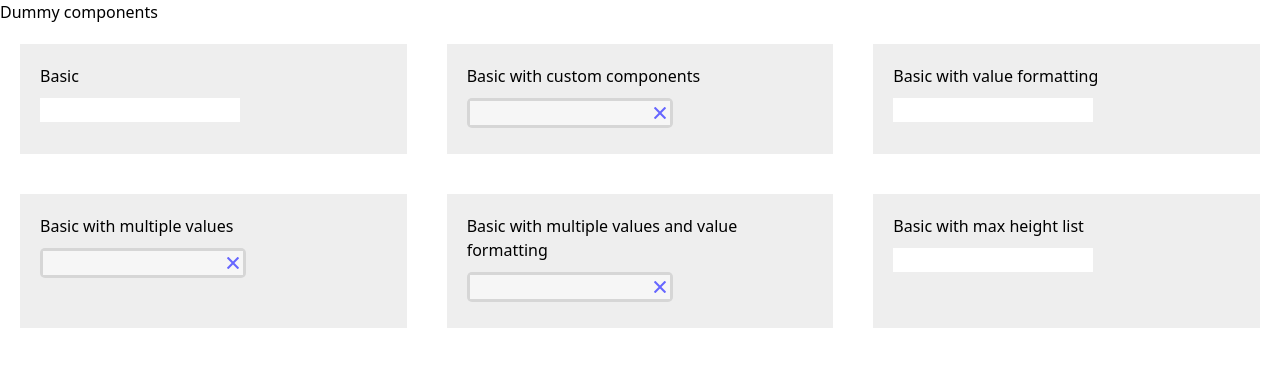
Repository: Frexity/frx-react
Page: / (app in ui/react-select/)
These files come from the project's save history. The page is drawn as it stood at one moment and after the next save; the edit follows.
The browser window is 1280 px wide. The pictures show the whole page.
Some web libraries are served in a nearby version. The project was rebuilt for these pictures with package versions that can differ from the ones it lists, and the page was loaded fresh each time. Also part of the build but not shown: ui/react-select/vite.config.ts, ui/react-select/src/CustomSelectComponents/ListLoadingIndicator.tsx, ui/react-select/src/dummy-components/ControlLoadingIndicator.tsx, ui/react-select/src/dummy-components/ListLoadingIndicator.tsx.

Above is the page before, as saved 2022-08-21 01:29:10.

After the next save:
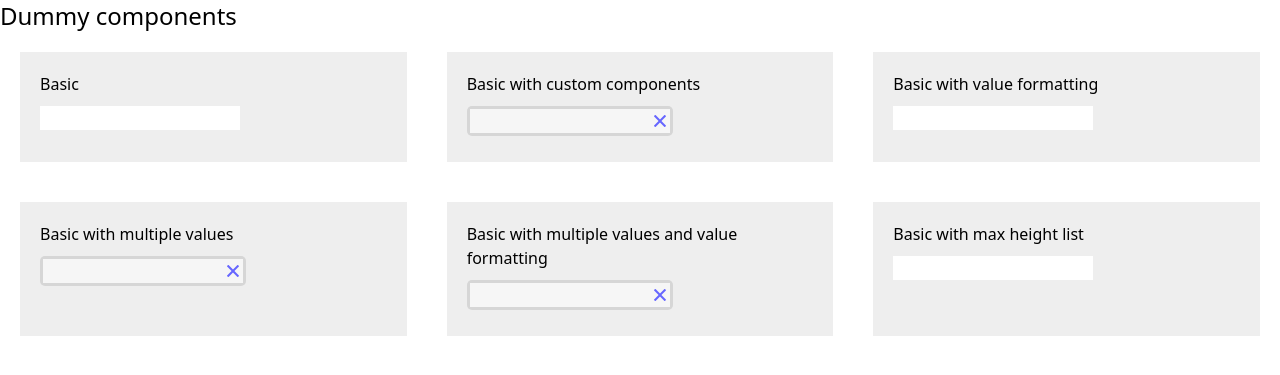
Saved 7 s later.
--- a/ui/react-select/src/App.tsx
+++ b/ui/react-select/src/App.tsx
@@ -33,7 +33,7 @@ const customComponents = {
 export default function App() {
   return (
     <>
-      <h2 className="text-xl-1">Dummy components</h2>
+      <h2 className="text-2xl">Dummy components</h2>
       <div className="cards">
         <div className="card">
           <h3>Basic</h3>
